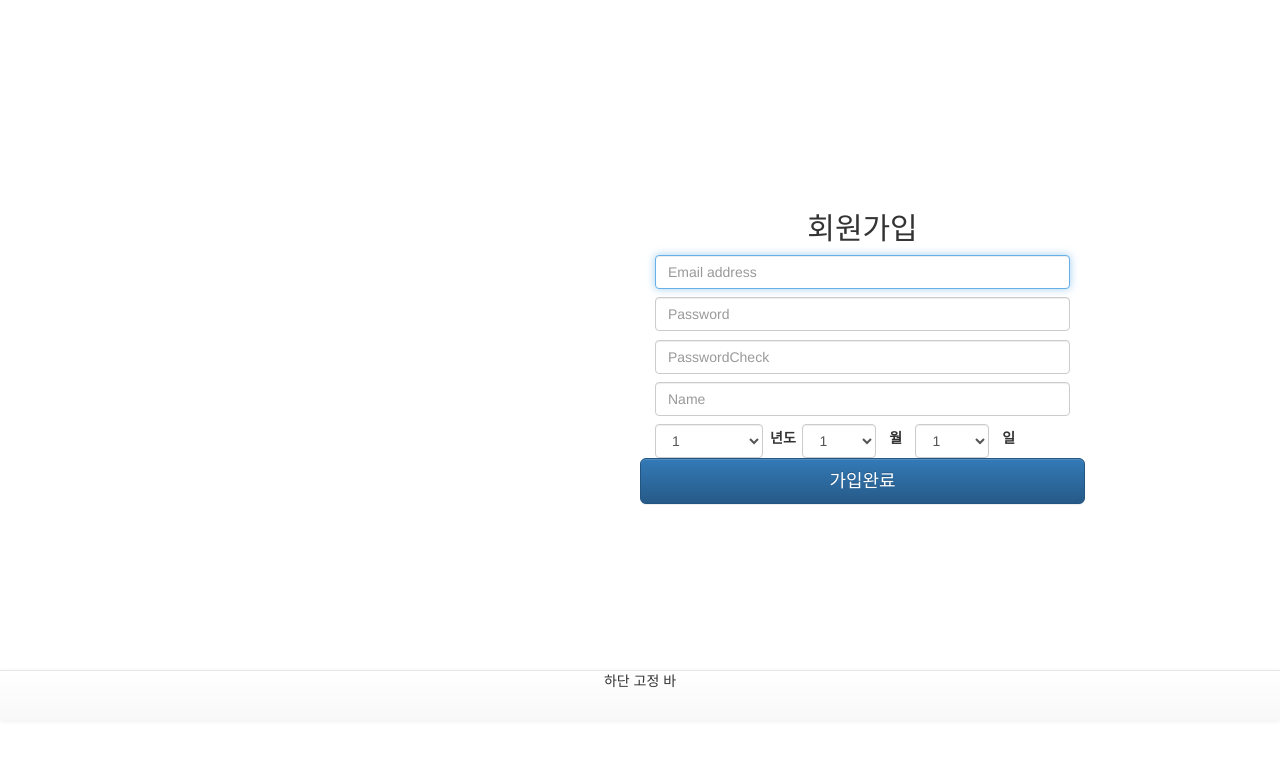
Repository: hrhwbp/Acorn-Final-Project
Page: http://localhost/final_project/index.jsp
An editor plug-in stored every save of this project. The page is shown before and after the next save, followed by the edit.
The browser window is 1280 px wide. The pictures show the whole page.
Some web libraries are served in a nearby version. The page is served by Tomcat 9. Nobody is signed in. The application's start-up code is not run.

Above is the page before, as saved 2016-10-26 06:32:43.

After the next save:
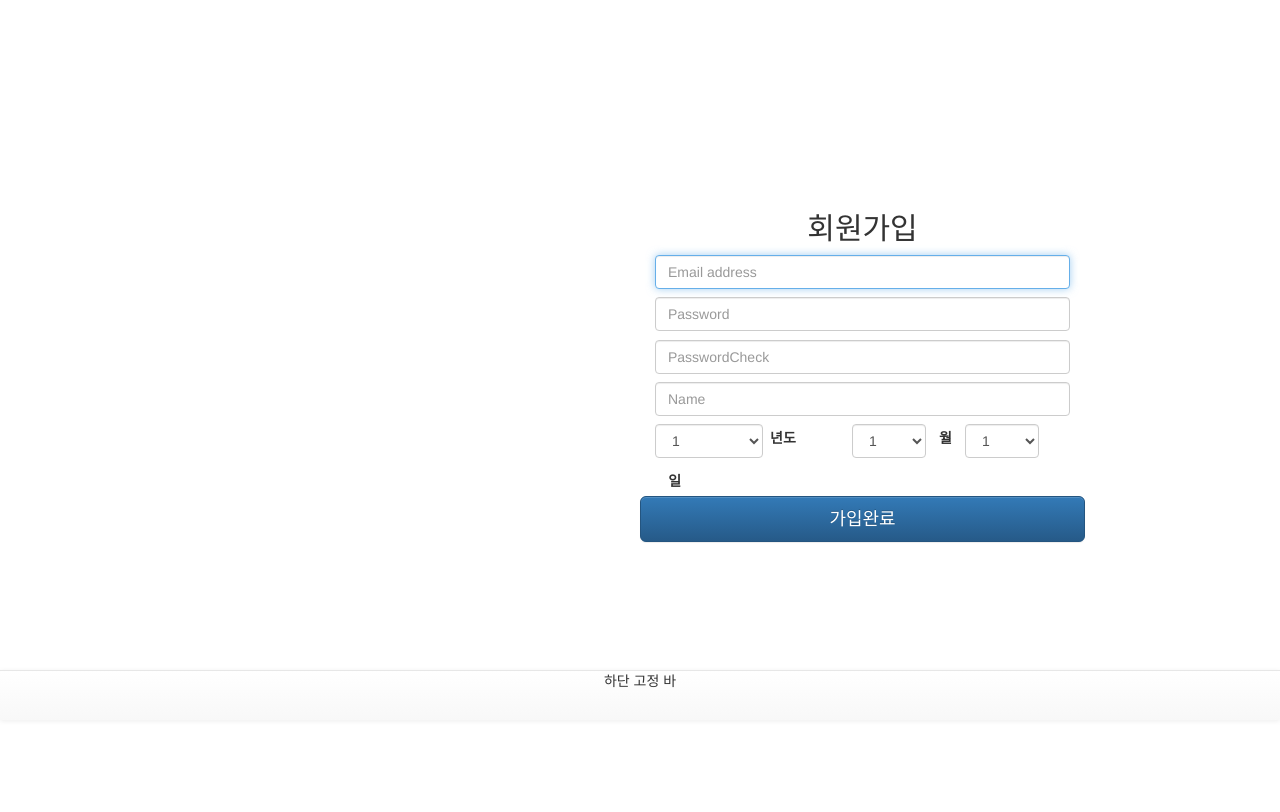
Saved 34 s later.
--- a/final_project/src/main/webapp/index.jsp
+++ b/final_project/src/main/webapp/index.jsp
@@ -92,7 +92,7 @@
 					<div class="row col-md-2 lbl_pd text-center">
 						<label class="">년도</label>
 					</div>
-					<div class="row col-md-3 top_pd">
+					<div class="row col-md-3 col-md-offset-1 top_pd">
 						<select class="form-control">
 							<option>1</option>
 							<option>2</option>

After the save that followed:
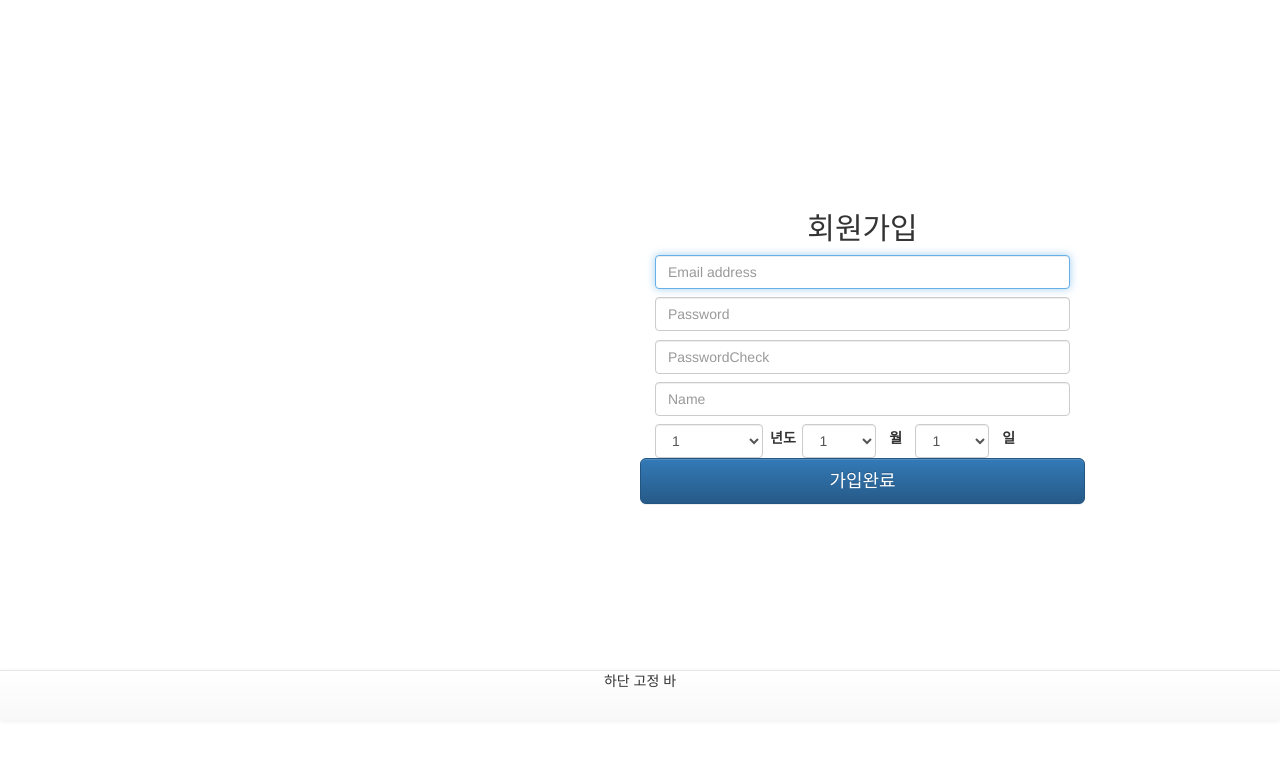
Saved 30 s later.
--- a/final_project/src/main/webapp/index.jsp
+++ b/final_project/src/main/webapp/index.jsp
@@ -92,7 +92,7 @@
 					<div class="row col-md-2 lbl_pd text-center">
 						<label class="">년도</label>
 					</div>
-					<div class="row col-md-3 col-md-offset-1 top_pd">
+					<div class="row col-md-3 ㅐ top_pd">
 						<select class="form-control">
 							<option>1</option>
 							<option>2</option>
